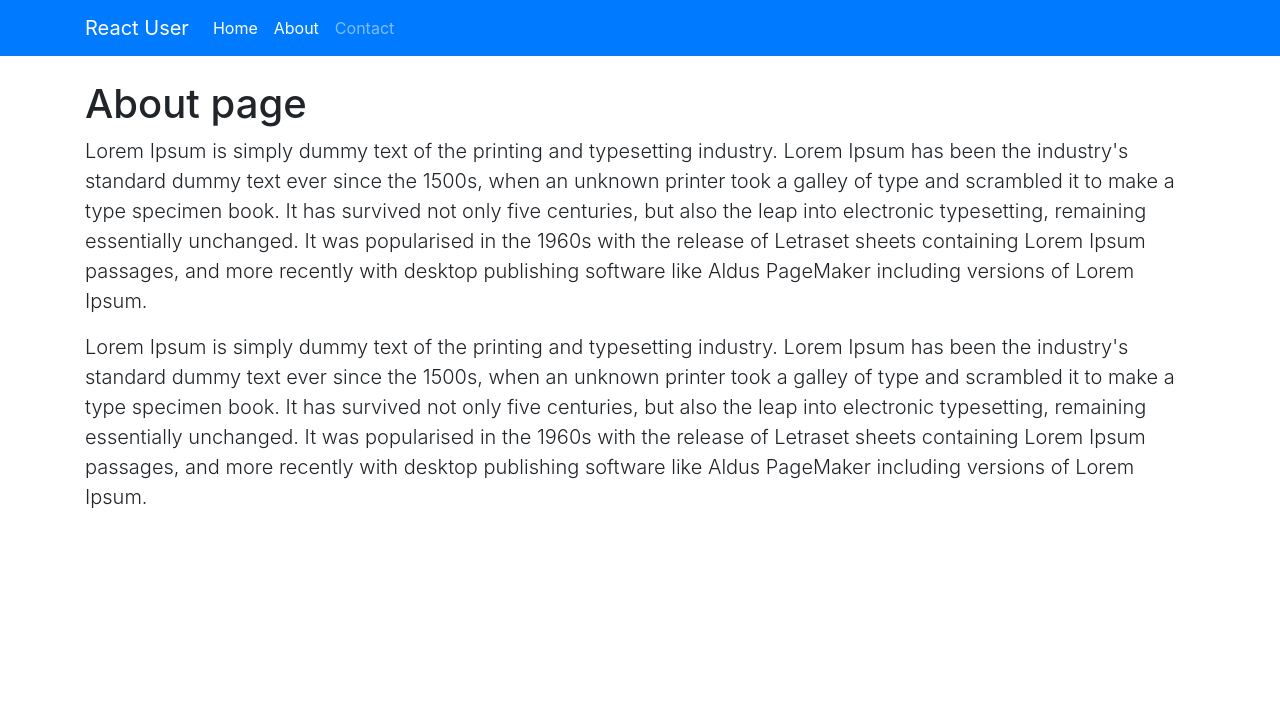
Repository: hardik2626/reactcrud2020
Page: /about
These files come from the project's save history. The page is drawn as it stood at one moment and after the next save; the edit follows.
The browser window is 1280 px wide. The pictures show the whole page.
The project was rebuilt for these pictures with package versions that can differ from the ones it lists, and the page was loaded fresh each time. Also part of the build but not shown: src/index.css, src/App.css, src/component/pages/Home.js, src/component/pages/Contact.js.

Above is the page before, as saved 2020-10-28 17:57:08.

### src/App.js

import './App.css';
import '../node_modules/bootstrap/dist/css/bootstrap.css'
import Home from './component/pages/Home';
import About from './component/pages/About';
import Contact from './component/pages/Contact';
import Navbar from './component/layout/Navbar';
import {BrowserRouter as Router, Route, Switch} from 'react-router-dom'

function App() {
  return (
    <Router>
      <div className="App">
        <Navbar />
        <Switch>
          <Route exact path="/" component={Home} />
          <Route exact path="/about" component={About} />
          <Route exact path="/contact" component={Contact} />
        </Switch>
    </div>
    </Router>
  );
}

export default App;

### src/component/pages/About.js
import React from 'react'

const About = () => {
    return (
        <>
            <div className="container">
                <div className="py-4">
                    <h1>About page</h1>
                    <p className="lead">
                    Lorem Ipsum is simply dummy text of the printing and typesetting industry. Lorem Ipsum has been the industry's standard dummy text ever since the 1500s, when an unknown printer took a galley of type and scrambled it to make a type specimen book. It has survived not only five centuries, but also the leap into electronic typesetting, remaining essentially unchanged. It was popularised in the 1960s with the release of Letraset sheets containing Lorem Ipsum passages, and more recently with desktop publishing software like Aldus PageMaker including versions of Lorem Ipsum.
                    </p>

                    <p className="lead">
                    Lorem Ipsum is simply dummy text of the printing and typesetting industry. Lorem Ipsum has been the industry's standard dummy text ever since the 1500s, when an unknown printer took a galley of type and scrambled it to make a type specimen book. It has survived not only five centuries, but also the leap into electronic typesetting, remaining essentially unchanged. It was popularised in the 1960s with the release of Letraset sheets containing Lorem Ipsum passages, and more recently with desktop publishing software like Aldus PageMaker including versions of Lorem Ipsum.
                    </p>
                </div>
            </div>
        </>
    )
}

export default About

### src/component/layout/Navbar.js
import React from 'react'
import { NavLink } from 'react-router-dom'

const Navbar = () => {
    return (
        <>
            <nav className="navbar navbar-expand-lg navbar-dark  bg-primary">
                <div className="container">
                <NavLink className="navbar-brand" to="/">React User</NavLink>
                    <button className="navbar-toggler" type="button" data-toggle="collapse" data-target="#navbarSupportedContent" aria-controls="navbarSupportedContent" aria-expanded="false" aria-label="Toggle navigation">
                        <span className="navbar-toggler-icon"></span>
                    </button>

                    <div className="collapse navbar-collapse">
                        <ul className="navbar-nav mr-auto">
                        <li className="nav-item active">
                            <NavLink className="nav-link" to="/">Home</NavLink>
                        </li>
                        <li className="nav-item">
                            <NavLink className="nav-link" to="/about">About</NavLink>
                        </li>
                        <li className="nav-item">
                            <NavLink className="nav-link" to="/contact">Contact</NavLink>
                        </li>



                        </ul>
                    </div>
                </div>
            </nav>
        </>
    )
}

export default Navbar

Loaded but not shown: public/index.html (common file); src/index.js (common file)

After the next save:
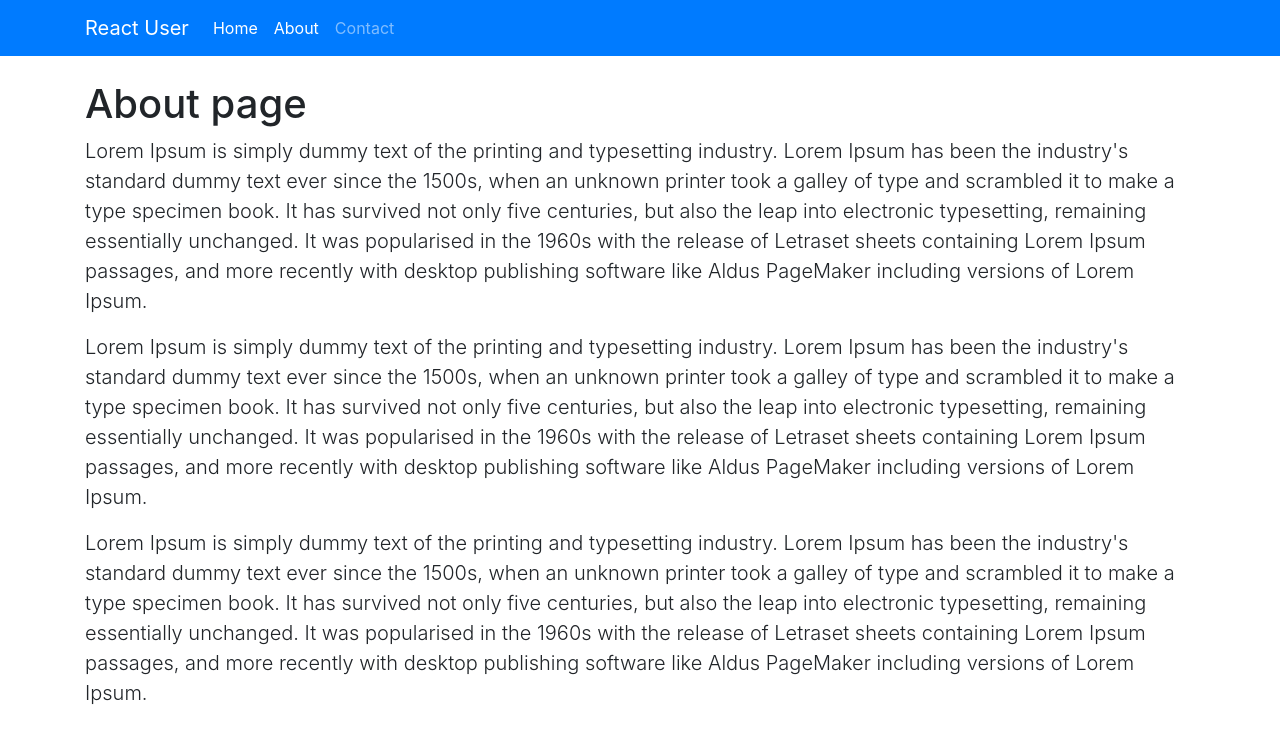
Saved 4 s later.
--- a/src/component/pages/About.js
+++ b/src/component/pages/About.js
@@ -13,6 +13,10 @@ const About = () => {
                     <p className="lead">
                     Lorem Ipsum is simply dummy text of the printing and typesetting industry. Lorem Ipsum has been the industry's standard dummy text ever since the 1500s, when an unknown printer took a galley of type and scrambled it to make a type specimen book. It has survived not only five centuries, but also the leap into electronic typesetting, remaining essentially unchanged. It was popularised in the 1960s with the release of Letraset sheets containing Lorem Ipsum passages, and more recently with desktop publishing software like Aldus PageMaker including versions of Lorem Ipsum.
                     </p>
+
+                    <p className="lead">
+                    Lorem Ipsum is simply dummy text of the printing and typesetting industry. Lorem Ipsum has been the industry's standard dummy text ever since the 1500s, when an unknown printer took a galley of type and scrambled it to make a type specimen book. It has survived not only five centuries, but also the leap into electronic typesetting, remaining essentially unchanged. It was popularised in the 1960s with the release of Letraset sheets containing Lorem Ipsum passages, and more recently with desktop publishing software like Aldus PageMaker including versions of Lorem Ipsum.
+                    </p>
                 </div>
             </div>
         </>
